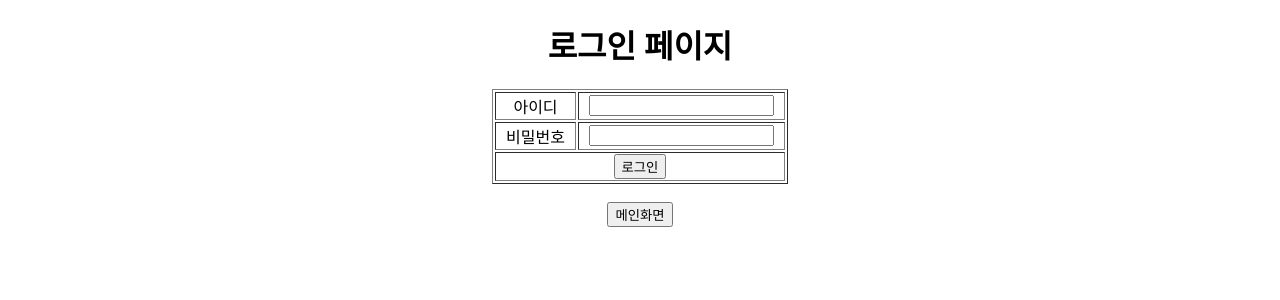
Repository: jjuhye/JSPWorkspace
Page: http://localhost/basic/05_memberLogin/03_21_loginForm.jsp
An editor plug-in stored every save of this project. The page is shown before and after the next save, followed by the edit.
The browser window is 1280 px wide. The pictures show the whole page.
The page is served by Tomcat 9.

Above is the page before, as saved 2023-02-22 02:54:17.

After the next save:
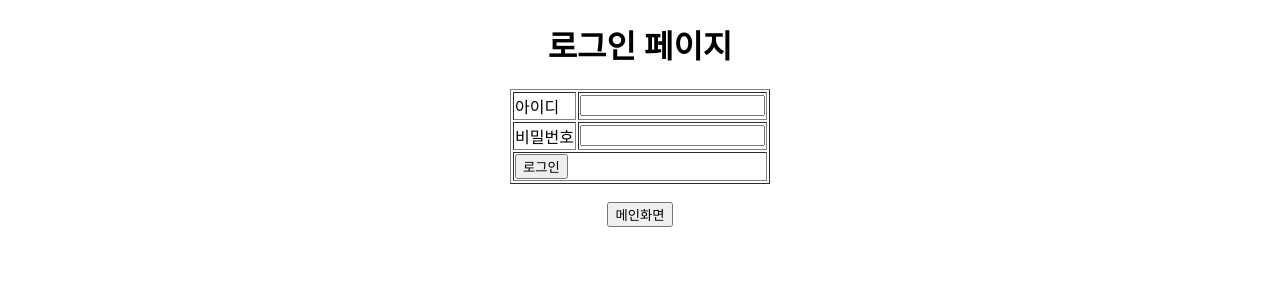
Saved 18 s later.
--- a/basic/src/main/webapp/05_memberLogin/03_21_loginForm.jsp
+++ b/basic/src/main/webapp/05_memberLogin/03_21_loginForm.jsp
@@ -6,7 +6,7 @@
 <head>
 <meta charset="UTF-8">
 <title>Insert title here</title>
-<link rel="stylesheet" href="./member.css">
+<!-- <link rel="stylesheet" href="./member.css"> -->
 </head>
 <body>
 <%

After the save that followed:
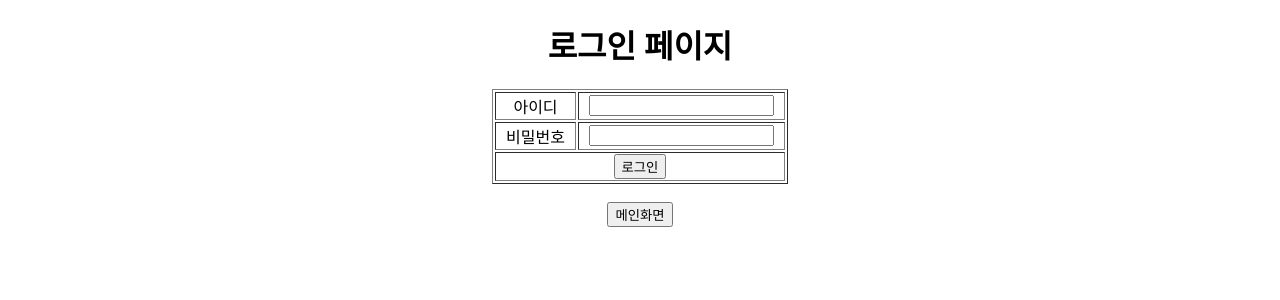
Saved 28 s later.
--- a/basic/src/main/webapp/05_memberLogin/03_21_loginForm.jsp
+++ b/basic/src/main/webapp/05_memberLogin/03_21_loginForm.jsp
@@ -6,7 +6,7 @@
 <head>
 <meta charset="UTF-8">
 <title>Insert title here</title>
-<!-- <link rel="stylesheet" href="./member.css"> -->
+<link rel="stylesheet" href="./member.css">
 </head>
 <body>
 <%
